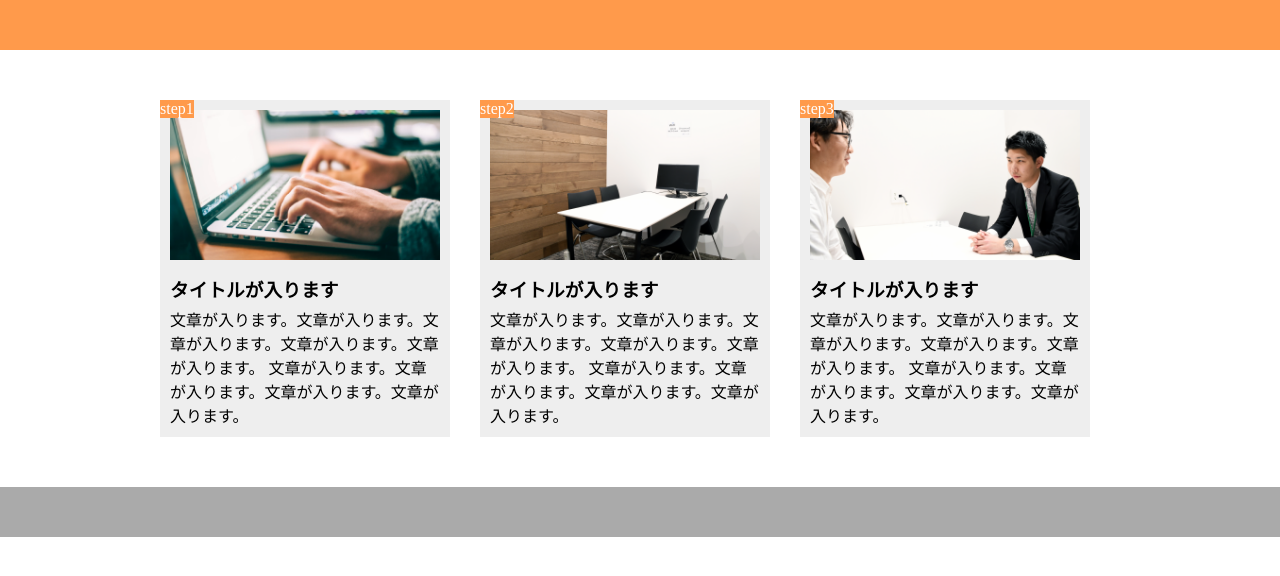
Repository: kawashimq/git-practice
Page: practice/html-9.html
The author's editor kept a record of every edit. The page is drawn from the files as they stood at one moment, then again after the next edit.
The browser window is 1280 px wide. The pictures show the whole page.

Above is the page before.

After the next edit:
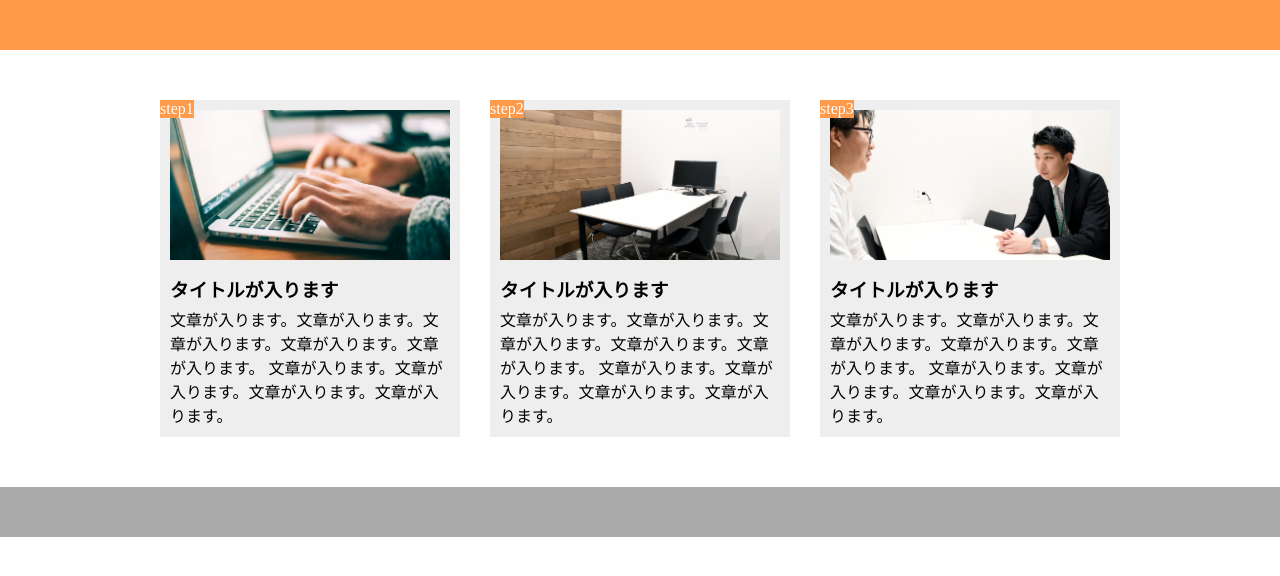
The edit:
--- a/practice/html-9.html
+++ b/practice/html-9.html
@@ -25,7 +25,7 @@
        <p class="text">文章が入ります。文章が入ります。文章が入ります。文章が入ります。文章が入ります。
        文章が入ります。文章が入ります。文章が入ります。文章が入ります。</p>
      </div>
-     <div class="box-img2">
+     <div class="box-img3">
        <div class="img3"></div>
        <span>step3</span>
        <h3 class="title">タイトルが入ります</h3>
